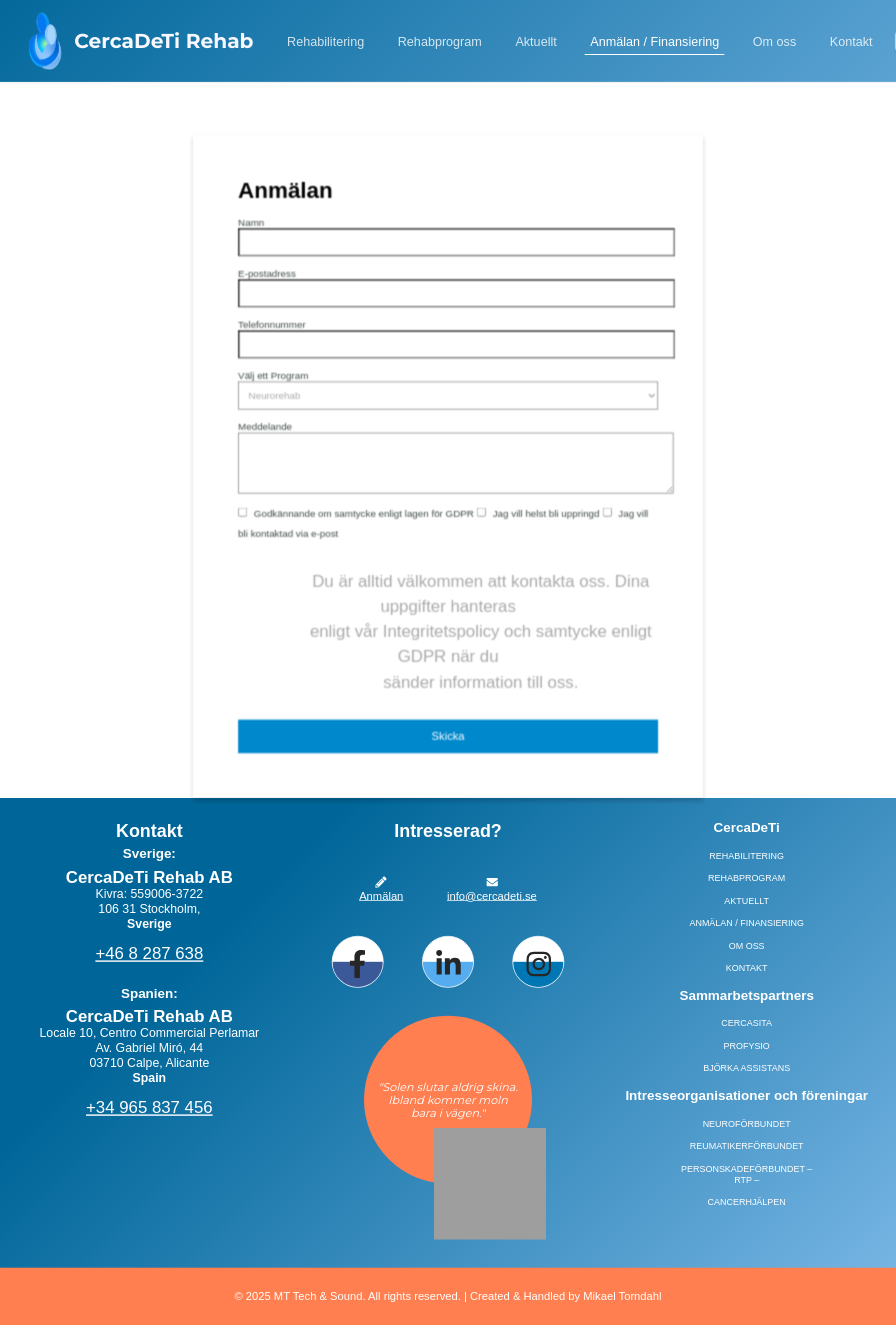
Repository: micketorndahl/CercaDeTi-rehab
Page: anmalan-form.html
These files come from the project's save history. The page is drawn as it stood at one moment and after the next save; the edit follows.
The browser window is 1280 px wide. The pictures show the whole page, at 70% of full size.
Pictures or frames that could not be fetched are drawn as grey boxes. The page's requests for data from a server got no answer. Some web fonts or font styles are not loaded; a fallback is used. Some web libraries are served in a nearby version.

Above is the page before, as saved 2025-02-01 18:48:42.
Console error: TypeError: Cannot read properties of null (reading 'addEventListener')

After the next save:
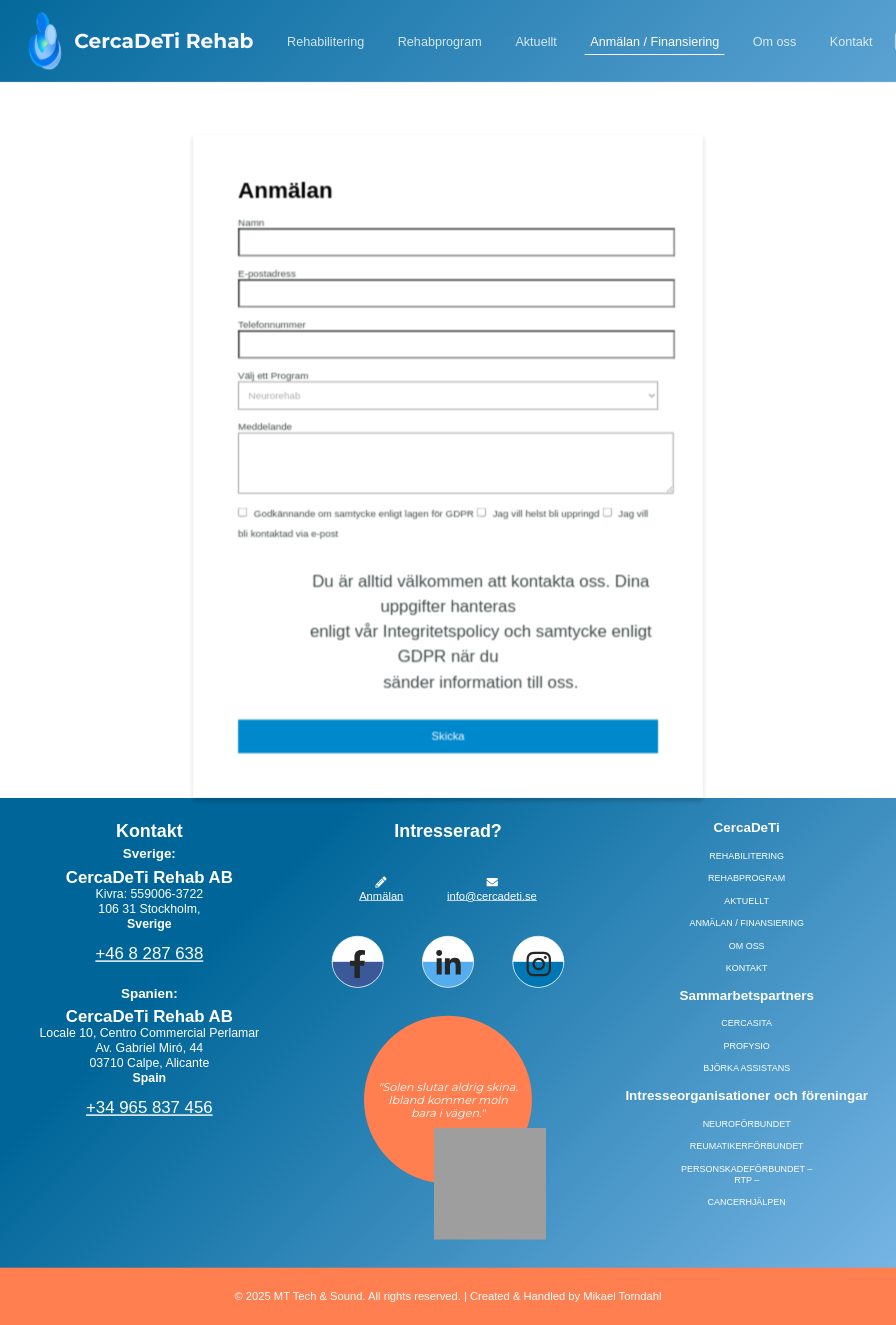
Saved 27 s later.
--- a/css/layout.css
+++ b/css/layout.css
@@ -339,7 +339,7 @@
   margin-bottom: 5px;
 }
 
-.info-text {
+p .info-text {
   color: var(--darkgray);
   font-size: 0.5rem;
 

After the 3 saves that followed:
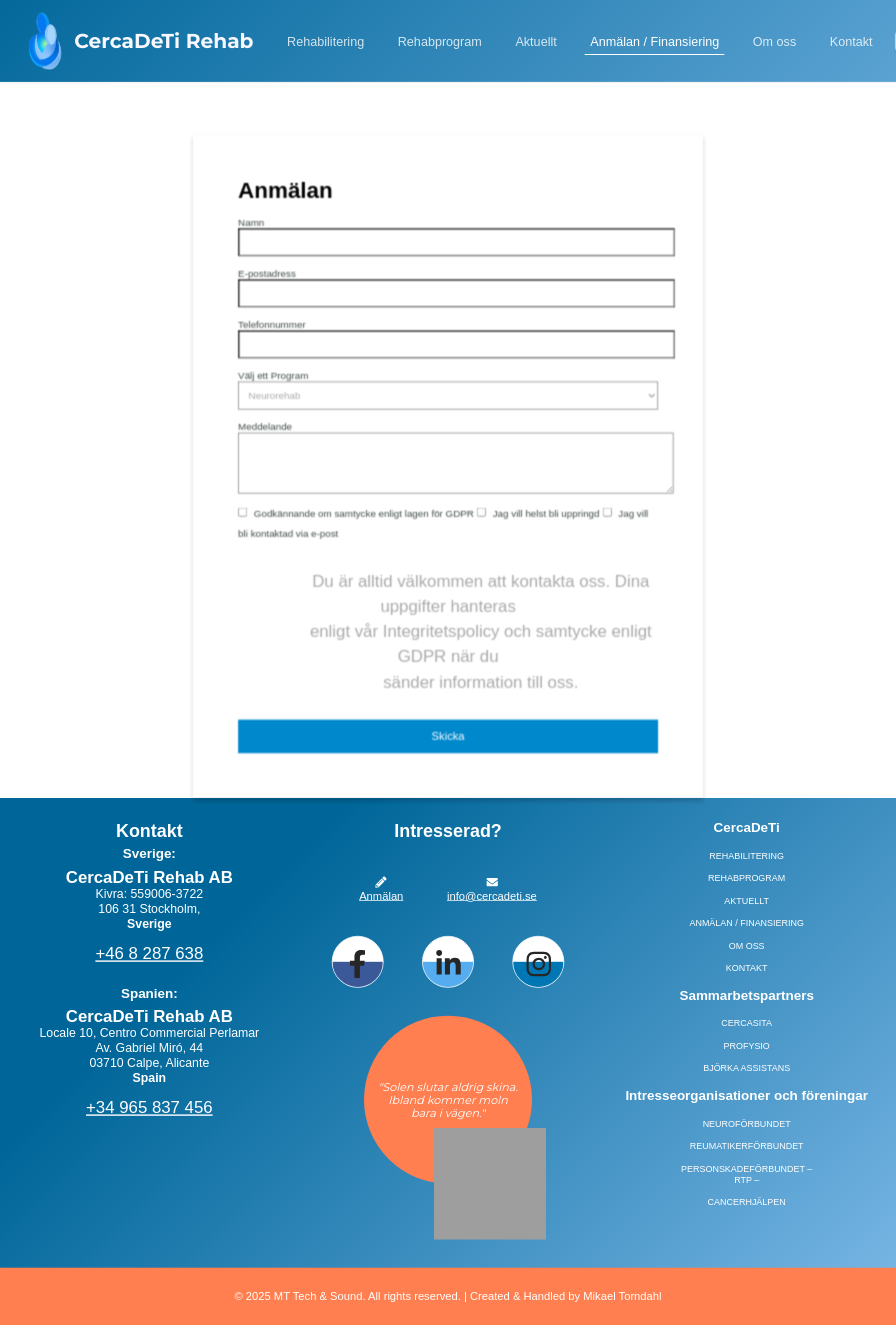
The 3 saves are shown as one change because 2 left the picture as it was.
The last was saved 29 s later.
--- a/css/layout.css
+++ b/css/layout.css
@@ -339,9 +339,9 @@
   margin-bottom: 5px;
 }
 
-p .info-text {
+.info-text {
   color: var(--darkgray);
-  font-size: 0.5rem;
+  font-size: 3rem;
 
 }
 
